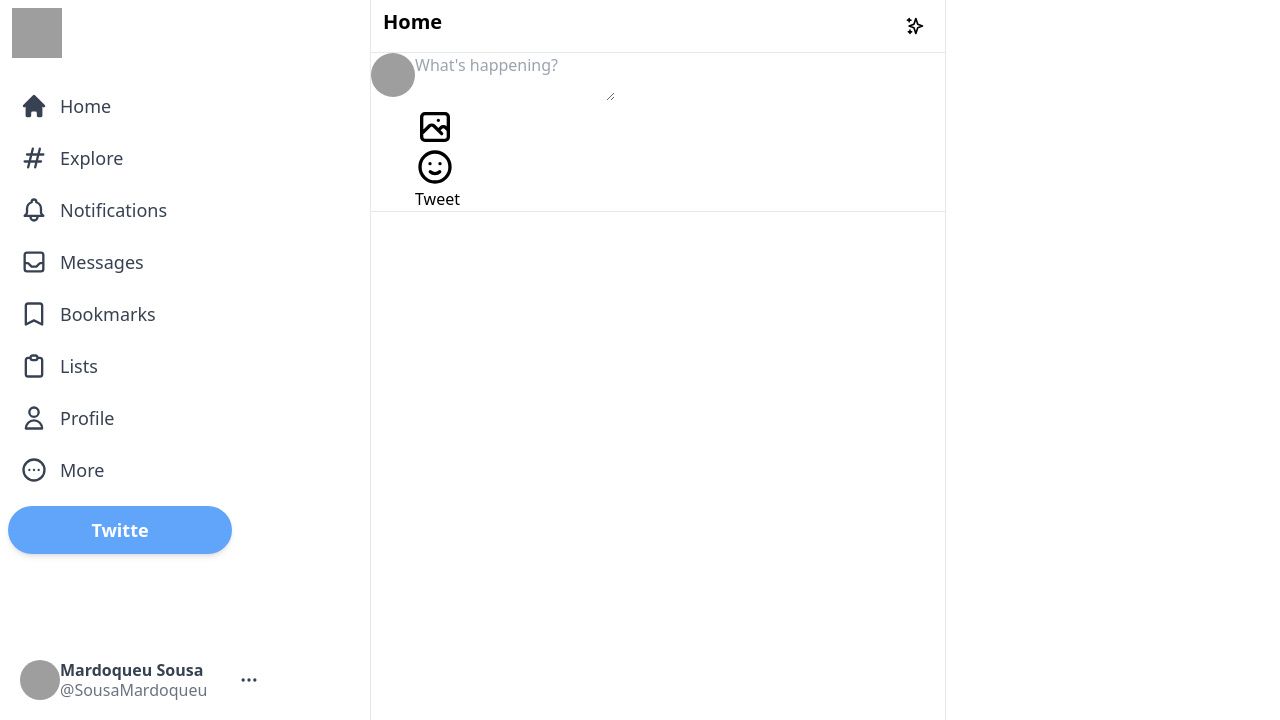
Repository: Mardoqueu/twitter
Page: /
An editor plug-in stored every save of this project. The page is shown before and after the next save, followed by the edit.
The browser window is 1280 px wide. The pictures show the whole page.
Pictures or frames that could not be fetched are drawn as grey boxes. The project was rebuilt for these pictures with package versions that can differ from the ones it lists, and the page was loaded fresh each time. The framework's server and built-in components were replaced by stand-ins that run in the browser. Also part of the build but not shown: next.config.js.

Above is the page before, as saved 2022-09-02 08:06:14.

### pages/index.js
import Head from "next/head";
import Sidebar from '../components/Sidebar';
import Feed from '../components/Feed';


export default function Home() {
  return (
    <div >
      <Head>
        <title>Twitter Clone</title>
        <meta name="description" content="Generated by create next app" />
        <link rel="icon" href="/favicon.ico" />
      </Head>

    <main className='flex min-h-screen max-w-7xl mx-auto '>
      {/* Sidebar */}
      <Sidebar />

      {/* Feed */}
      <Feed/>
      {/* Widgets */}

      {/* Modal */}

    </main>


    </div>
  )
}

### styles/globals.css
@tailwind base;
@tailwind components;
@tailwind utilities;

@layer components{
    .hoverEffect {
        @apply cursor-pointer hover:bg-gray-200 rounded-full w-[52px] xl:w-auto h-[52px] xl:h-auto xl:p-3
    }
}

### components/Sidebar.js
import Image from "next/image"
import SidebarMenuItem from "./SidebarMenuItem"
import { HomeIcon } from '@heroicons/react/solid'
import { BellIcon, BookmarkIcon, ClipboardIcon, DotsCircleHorizontalIcon, DotsHorizontalIcon, HashtagIcon, InboxIcon, UserIcon } from '@heroicons/react/outline'

export default function Sidebar() {
  return (
    <div className="hidden sm:flex flex-col p-2 xl:items-start fixed h-full">
        {/* Twitter logo */}
        <div className="hoverEffect p-0 hover:bg-blue-100 xl:px-1">
            <Image
            width="50"
            height="50"
            src="https://help.twitter.com/content/dam/help-twitter/brand/logo.png"></Image>
        </div>

        {/* Menu */}

        <div className="mt-4 mb-2.5 xl:items-start">
        <SidebarMenuItem text="Home" Icon={HomeIcon} active/>
        <SidebarMenuItem text="Explore" Icon={HashtagIcon} />
        <SidebarMenuItem text="Notifications" Icon={BellIcon} />
        <SidebarMenuItem text="Messages" Icon={InboxIcon} />
        <SidebarMenuItem text="Bookmarks" Icon={BookmarkIcon} />
        <SidebarMenuItem text="Lists" Icon={ClipboardIcon} />
        <SidebarMenuItem text="Profile" Icon={UserIcon} />
        <SidebarMenuItem text="More" Icon={DotsCircleHorizontalIcon} />
      </div>

        {/* Button */}

        <button className="bg-blue-400 text-white rounded-full w-56 h-12 font-bold shadow-md hover:brightness-95 text-lg hidden xl:inline">Twitte</button>

        {/* Mini-profile */}
        <div className="hoverEffect text-gray-700 flex items-center justify-center xl:justify-start mt-auto">
            <img
            src="https://media-exp1.licdn.com/dms/image/C4E03AQF1Icbg9ibKSQ/profile-displayphoto-shrink_800_800/0/1656524327808?e=1667433600&v=beta&t=zLj1VuO7UnlyGXgtGnCIGGm6Xel0rldXOa9ES50GV3c"
            alt="user-img"
            className="h-10 w-10 rounded-full"/>
            <div className="leading-5 hidden xl:inline">
                <h4 className="font-bold">Mardoqueu Sousa</h4>
                <p className="text-gray-500">@SousaMardoqueu</p>
            </div>
            <DotsHorizontalIcon className="h-5 xl:ml-8"/>
        </div>
    </div>
  )
}

### components/Feed.js
import { SparklesIcon } from '@heroicons/react/outline'
import Input from '../components/Input';


export default function Feed() {
  return (
    <div className="xl:ml-[370px] border-l border-r border-gray-200 border-gray-200  xl:min-w-[576px] sm:ml-[73px] flex-grow max-w-xl">
       {/* div is covering the header section taht has an edge to tag  */}
        <div className='flex py-2 px-3 sticky top-0 z-50 bg-white border-b border-gray-200'>
              <h2 className="text-lg sm:text-xl font-bold cursor-pointer">Home</h2>
              <div className='hoverEffect flex items-center justify-center px-0 ml-auto w-9 h-9'>
                    <SparklesIcon className='h-5'/>
              </div>
        </div>
        <Input/>
    </div>
  )
}

### components/SidebarMenuItem.js
import React from 'react'

export default function SidebarMenuItem({text, Icon}) {
  return (
    <div className="hoverEffect flex items-center text-gray-700 justify-center xl:justify-start text-lg space-x-3">
      <Icon className="h-7" />
      <span className={'${active && "font-bold"} hidden xl:inline'}>{text}</span>

    </div>
  )
}

### components/Input.js
import { EmojiHappyIcon, PhotographIcon } from "@heroicons/react/outline";

export default function Input() {
  return (
    <div className="flex border-b border-gray-200">
        <img src="https://media-exp1.licdn.com/dms/image/C4E03AQF1Icbg9ibKSQ/profile-displayphoto-shrink_800_800/0/1656524327808?e=1667433600&v=beta&t=zLj1VuO7UnlyGXgtGnCIGGm6Xel0rldXOa9ES50GV3c"
        alt="user-img"
        className="h-11 w-11 rounded-full cursor-pointer hover:brightness-95"/>
        <div className="">
            <div className="">
                <textarea  rows="2" placeholder="What's happening?"></textarea>
            </div>
            <div className="">
                <PhotographIcon className="h-10 w-10"/>
                <EmojiHappyIcon className="h-10 w-10"/>
            </div>
            <button>Tweet</button>
        </div>
    </div>
  )
}

Loaded but not shown: pages/_app.js (common file); tailwind.config.js (common file)

After the next save:
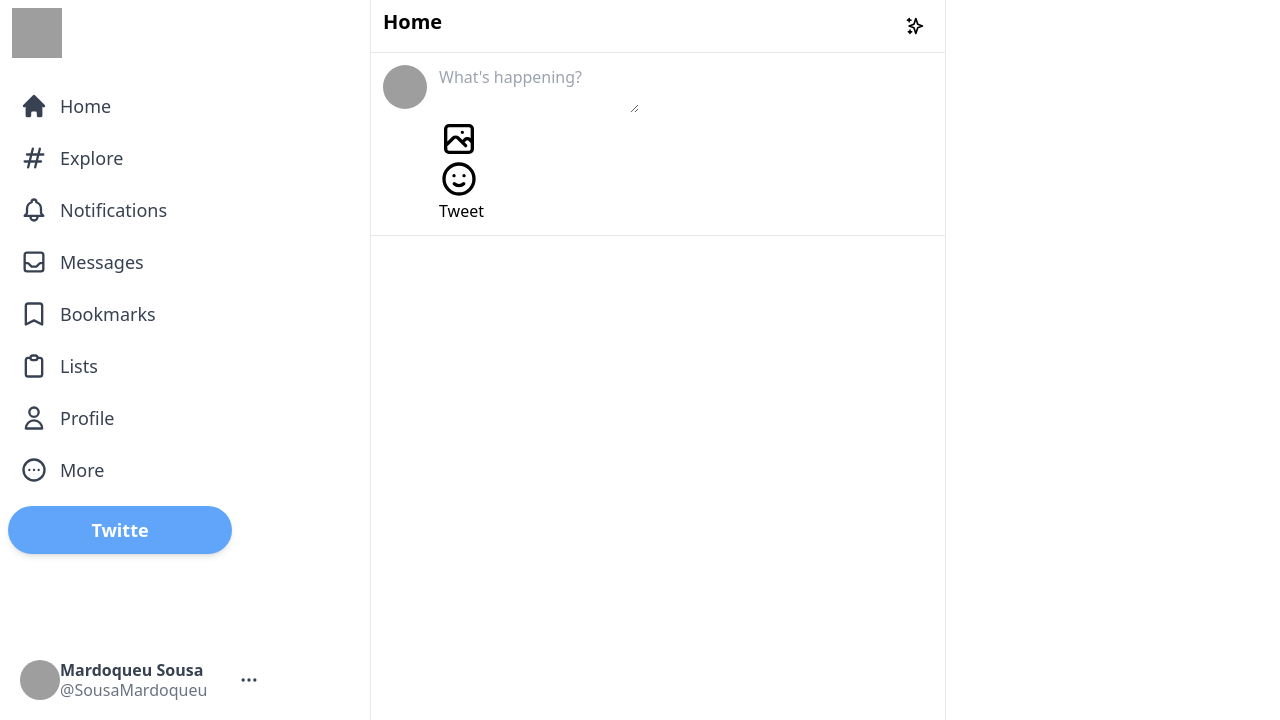
Saved 32 s later.
--- a/components/Input.js
+++ b/components/Input.js
@@ -2,7 +2,7 @@
 
 export default function Input() {
   return (
-    <div className="flex border-b border-gray-200">
+    <div className="flex border-b border-gray-200 p-3 space-x-3">
         <img src="https://media-exp1.licdn.com/dms/image/C4E03AQF1Icbg9ibKSQ/profile-displayphoto-shrink_800_800/0/1656524327808?e=1667433600&v=beta&t=zLj1VuO7UnlyGXgtGnCIGGm6Xel0rldXOa9ES50GV3c"
         alt="user-img"
         className="h-11 w-11 rounded-full cursor-pointer hover:brightness-95"/>
